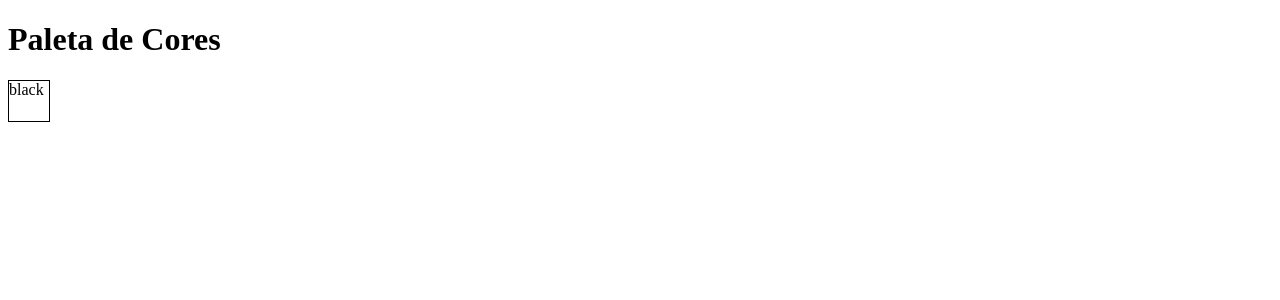
Repository: MuriloColleti/project-Pixer-Art
Page: index.html
An editor plug-in stored every save of this project. The page is shown before and after the next save, followed by the edit.
The browser window is 1280 px wide. The pictures show the whole page.

Above is the page before, as saved 2024-02-05 15:31:33.

### index.html
<!DOCTYPE html>
<html lang="en">
<head>
    <meta charset="UTF-8">
    <meta name="viewport" content="width=device-width, initial-scale=1.0">
    <link rel="stylesheet" href="style.css">
    <title>Paleta de Cores</title>
</head>

<body>
    <header> <h1 id="title"> Paleta de Cores </h1> </header>

    <div class="square"> black </div>



</body>
</html>

### style.css
.black{
    background-color: black;
}

.blue{
    background-color: blue;
}

.yellow{
    background-color: red;
}

.green{
    background-color: green;
}

.square{
    width: 40px;
    height: 40px;
    border: 1px solid black;
}

After the next save:
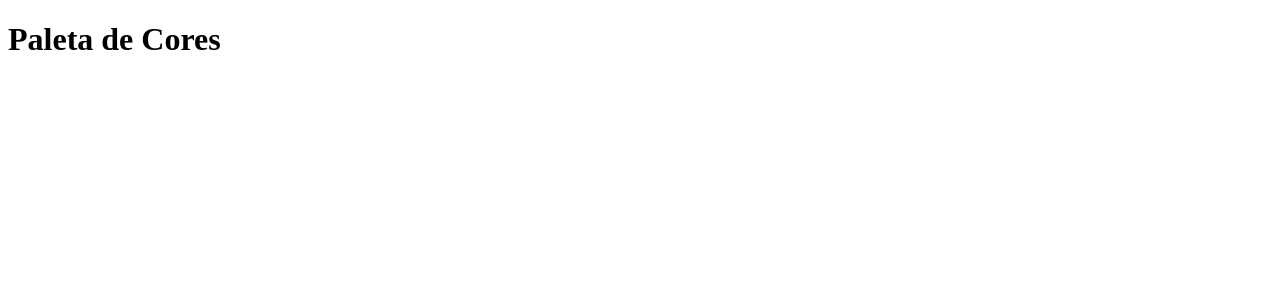
Saved 16 s later.
--- a/index.html
+++ b/index.html
@@ -10,8 +10,6 @@
 <body>
     <header> <h1 id="title"> Paleta de Cores </h1> </header>
 
-    <div class="square"> black </div>
-
 
 
 </body>
